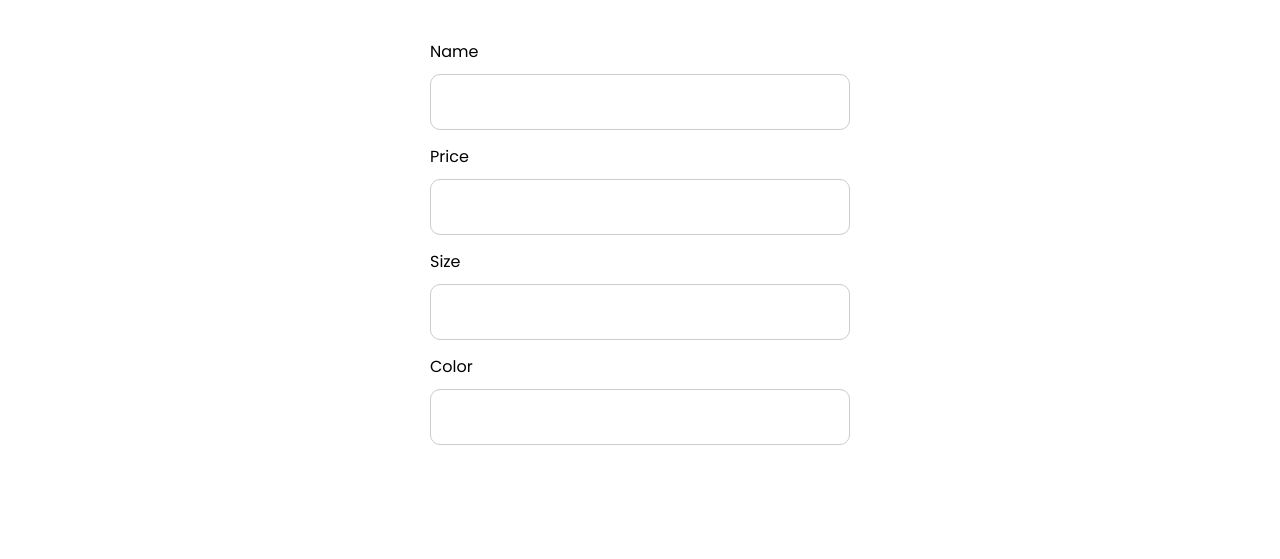
Repository: hoang0508/ReactJsHoiDanIT
Page: /
These files come from the project's save history. The page is drawn as it stood at one moment and after the next save; the edit follows.
The browser window is 1280 px wide. The pictures show the whole page.
The project was rebuilt for these pictures with package versions that can differ from the ones it lists, and the page was loaded fresh each time.

Above is the page before, as saved 2022-02-15 09:52:23.

### public/index.html
<!DOCTYPE html>
<html lang="en">
  <head>
    <meta charset="utf-8" />
    <link rel="icon" href="%PUBLIC_URL%/favicon.ico" />
    <meta name="viewport" content="width=device-width, initial-scale=1" />
    <meta name="theme-color" content="#000000" />
    <meta
      name="description"
      content="Web site created using create-react-app"
    />
    <link rel="apple-touch-icon" href="%PUBLIC_URL%/logo192.png" />
    <!--
      manifest.json provides metadata used when your web app is installed on a
      user's mobile device or desktop. See https://developers.google.com/web/fundamentals/web-app-manifest/
    -->
    <link rel="manifest" href="%PUBLIC_URL%/manifest.json" />
    <!--
      Notice the use of %PUBLIC_URL% in the tags above.
      It will be replaced with the URL of the `public` folder during the build.
      Only files inside the `public` folder can be referenced from the HTML.

      Unlike "/favicon.ico" or "favicon.ico", "%PUBLIC_URL%/favicon.ico" will
      work correctly both with client-side routing and a non-root public URL.
      Learn how to configure a non-root public URL by running `npm run build`.
    -->
    <link rel="preconnect" href="https://fonts.googleapis.com" />
    <link rel="preconnect" href="https://fonts.gstatic.com" crossorigin />
    <link
      href="https://fonts.googleapis.com/css2?family=Poppins:ital,wght@0,300;0,400;0,500;0,600;0,700;1,600&family=Red+Hat+Display:wght@300;400;500;600;700&display=swap"
      rel="stylesheet"
    />
    <title>React App</title>
  </head>
  <body>
    <noscript>You need to enable JavaScript to run this app.</noscript>
    <div id="root"></div>
    <!--
      This HTML file is a template.
      If you open it directly in the browser, you will see an empty page.

      You can add webfonts, meta tags, or analytics to this file.
      The build step will place the bundled scripts into the <body> tag.

      To begin the development, run `npm start` or `yarn start`.
      To create a production bundle, use `npm run build` or `yarn build`.
    -->
  </body>
</html>

### src/index.css
body {
  margin: 0;
  font-family: "Poppins", sans-serif;
  font-size: 16px;
  -webkit-font-smoothing: antialiased;
  -moz-osx-font-smoothing: grayscale;
}

code {
  font-family: source-code-pro, Menlo, Monaco, Consolas, "Courier New",
    monospace;
}

### src/App.js
// import logo from "./logo.svg";
import "./App.css";
import AddNewProduct from "./components/Form/AddNewProduct";
// import Home from "./components/TodoApp/Home";

const App = () => {
  return (
    <>
      <AddNewProduct />
    </>
  );
};

export default App;

### src/App.css
*,
*::before,
*::after {
  box-sizing: border-box;
}
body,
h1,
h2,
h3,
h4,
h5,
h6,
p,
figure,
picture {
  margin: 0;
}
body {
  min-height: 100vh;
  line-height: 1.5;
}
input,
button,
select,
textarea {
  font: inherit;
}
img,
picture {
  display: block;
  max-width: 100%;
}
/* remove animation for people who've turned them off */
@media (prefers-reduced-motion: reduce) {
  *,
  *::before,
  *::after {
    animation-duration: 0.01ms !important;
    animation-iteration-count: 1 !important;
    transition-duration: 0.01ms !important;
    scroll-behavior: auto !important;
  }
}

### src/components/Form/AddNewProduct.js
import React from "react";
import "./AddNewProduct.scss";
const AddNewProduct = () => {
  return (
    <form className="form">
      <div className="form-group">
        <label className="form-label" htmlFor="name">
          Name
        </label>
        <input type="text" className="form-input" />
      </div>
      <div className="form-group">
        <label className="form-label" htmlFor="price">
          Price
        </label>
        <input type="text" className="form-input" />
      </div>
      <div className="form-group">
        <label className="form-label" htmlFor="name">
          Size
        </label>
        <input type="text" className="form-input" />
      </div>
      <div className="form-group">
        <label className="form-label" htmlFor="name">
          Color
        </label>
        <input type="text" className="form-input" />
      </div>
    </form>
  );
};

export default AddNewProduct;

### src/components/Form/AddNewProduct.scss
.form {
  max-width: 500px;
  width: 100%;
  padding: 40px;
  margin: 0 auto;
  &-group {
    display: flex;
    flex-direction: column;
    gap: 10px;
    margin-bottom: 15px;
  }
  &-input {
    border: 1px solid #ccc;
    padding: 15px;
    border-radius: 10px;
    outline: none;
  }
}

Loaded but not shown: src/index.js (common file); src/reportWebVitals.js (common file)

After the next save:
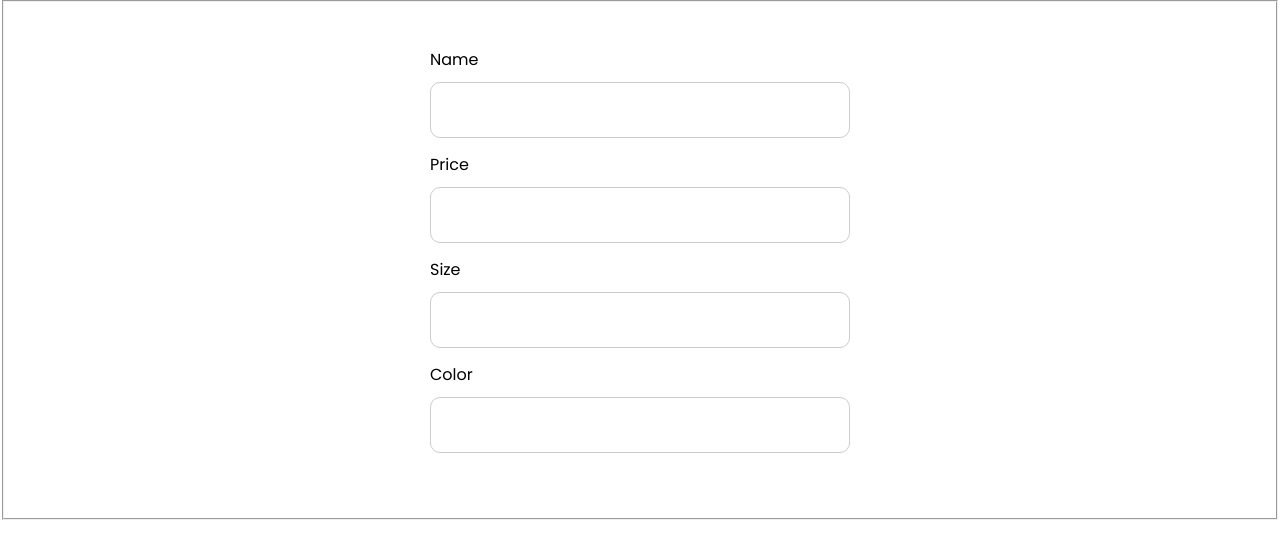
Saved 8 min 34 s later.
--- a/src/components/Form/AddNewProduct.js
+++ b/src/components/Form/AddNewProduct.js
@@ -2,32 +2,34 @@
 import "./AddNewProduct.scss";
 const AddNewProduct = () => {
   return (
-    <form className="form">
-      <div className="form-group">
-        <label className="form-label" htmlFor="name">
-          Name
-        </label>
-        <input type="text" className="form-input" />
-      </div>
-      <div className="form-group">
-        <label className="form-label" htmlFor="price">
-          Price
-        </label>
-        <input type="text" className="form-input" />
-      </div>
-      <div className="form-group">
-        <label className="form-label" htmlFor="name">
-          Size
-        </label>
-        <input type="text" className="form-input" />
-      </div>
-      <div className="form-group">
-        <label className="form-label" htmlFor="name">
-          Color
-        </label>
-        <input type="text" className="form-input" />
-      </div>
-    </form>
+    <fieldset>
+      <form className="form">
+        <div className="form-group">
+          <label className="form-label" htmlFor="name">
+            Name
+          </label>
+          <input type="text" className="form-input" />
+        </div>
+        <div className="form-group">
+          <label className="form-label" htmlFor="price">
+            Price
+          </label>
+          <input type="text" className="form-input" />
+        </div>
+        <div className="form-group">
+          <label className="form-label" htmlFor="name">
+            Size
+          </label>
+          <input type="text" className="form-input" />
+        </div>
+        <div className="form-group">
+          <label className="form-label" htmlFor="name">
+            Color
+          </label>
+          <input type="text" className="form-input" />
+        </div>
+      </form>
+    </fieldset>
   );
 };
 

After the save that followed:
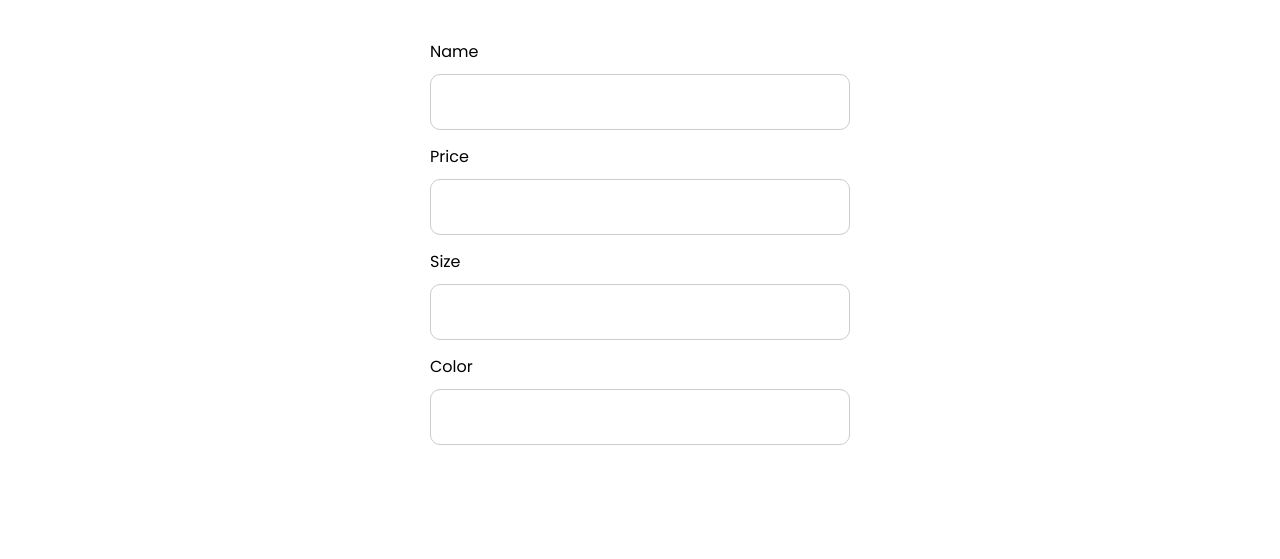
Saved 23 s later.
--- a/src/components/Form/AddNewProduct.js
+++ b/src/components/Form/AddNewProduct.js
@@ -2,34 +2,32 @@
 import "./AddNewProduct.scss";
 const AddNewProduct = () => {
   return (
-    <fieldset>
-      <form className="form">
-        <div className="form-group">
-          <label className="form-label" htmlFor="name">
-            Name
-          </label>
-          <input type="text" className="form-input" />
-        </div>
-        <div className="form-group">
-          <label className="form-label" htmlFor="price">
-            Price
-          </label>
-          <input type="text" className="form-input" />
-        </div>
-        <div className="form-group">
-          <label className="form-label" htmlFor="name">
-            Size
-          </label>
-          <input type="text" className="form-input" />
-        </div>
-        <div className="form-group">
-          <label className="form-label" htmlFor="name">
-            Color
-          </label>
-          <input type="text" className="form-input" />
-        </div>
-      </form>
-    </fieldset>
+    <form className="form">
+      <div className="form-group">
+        <label className="form-label" htmlFor="name">
+          Name
+        </label>
+        <input type="text" className="form-input" />
+      </div>
+      <div className="form-group">
+        <label className="form-label" htmlFor="price">
+          Price
+        </label>
+        <input type="text" className="form-input" />
+      </div>
+      <div className="form-group">
+        <label className="form-label" htmlFor="name">
+          Size
+        </label>
+        <input type="text" className="form-input" />
+      </div>
+      <div className="form-group">
+        <label className="form-label" htmlFor="name">
+          Color
+        </label>
+        <input type="text" className="form-input" />
+      </div>
+    </form>
   );
 };
 
